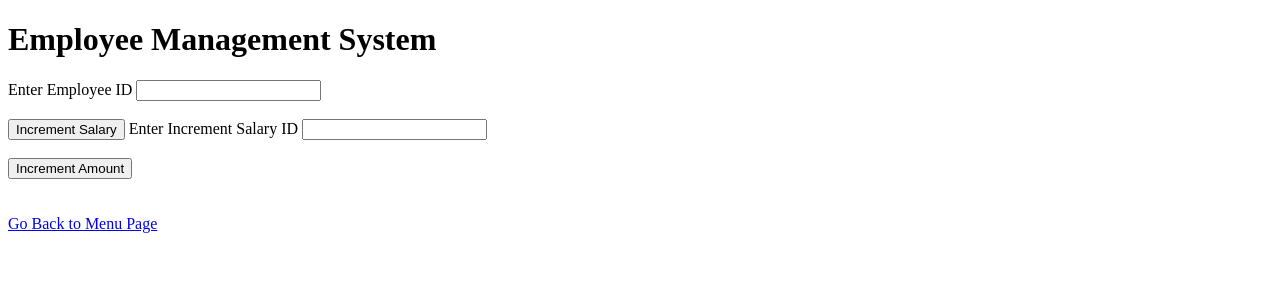
Repository: brnce/Wiley-Java-Project
Page: http://localhost/InputIdForIncrement
An editor plug-in stored every save of this project. The page is shown before and after the next save, followed by the edit.
The browser window is 1280 px wide. The pictures show the whole page.
The page is this project's Thymeleaf template; nobody is signed in. The template is opened directly, without the code that normally fills it, so the values that code supplies are empty.

Above is the page before, as saved 2022-11-30 11:35:35.

After the next save:
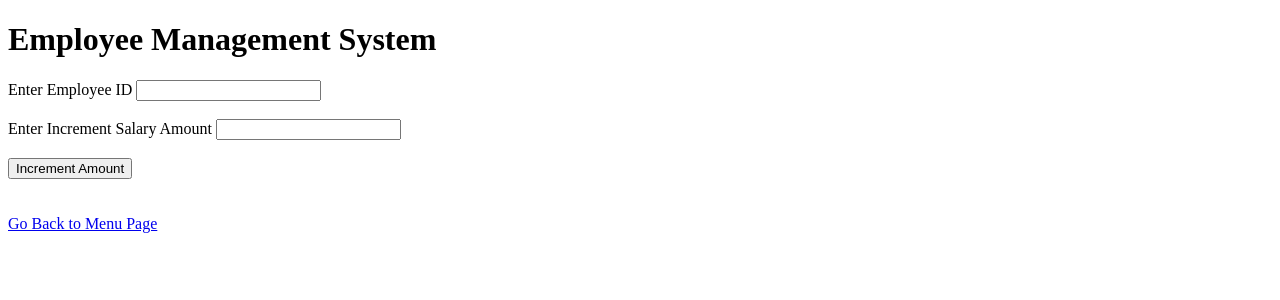
Saved 68 s later.
--- a/SpringBootMVCProject/EmployeeSpringBootMVCProject/src/main/resources/templates/InputIdForIncrement.html
+++ b/SpringBootMVCProject/EmployeeSpringBootMVCProject/src/main/resources/templates/InputIdForIncrement.html
@@ -9,8 +9,7 @@
 
 <form action="./incrementSalPage">
 	Enter Employee ID <input type="text" name="empId"><br><br>
-	<input type="submit" value="Increment Salary">
-	Enter Increment Salary ID <input type="text" name="empId"><br><br>
+	Enter Increment Salary Amount <input type="text" name="empId"><br><br>
 	<input type="submit" value="Increment Amount">
 </form>
 <br><br>
